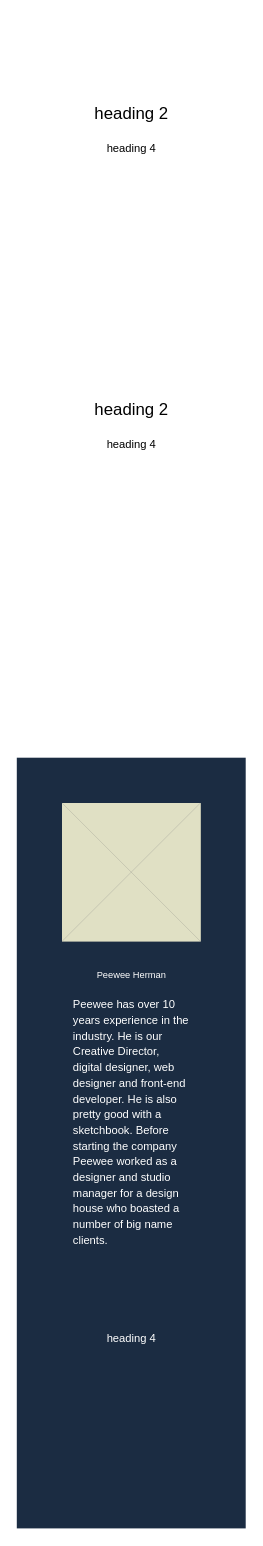
Repository: MonicaNguyenH/LAB-02A-Project1
Page: index.html
The author's editor kept a copy of each file at every save. The page is drawn from the files as they stood at one save, then again after the next save.
The browser window is 375 px wide. The pictures show the part of the page from y = 1198 to 3438 px (the page is 3406 px tall before and 3438 px after), at 70% of full size.

Above is the page before, as saved 2024-02-06 18:26:56.

After the next save:
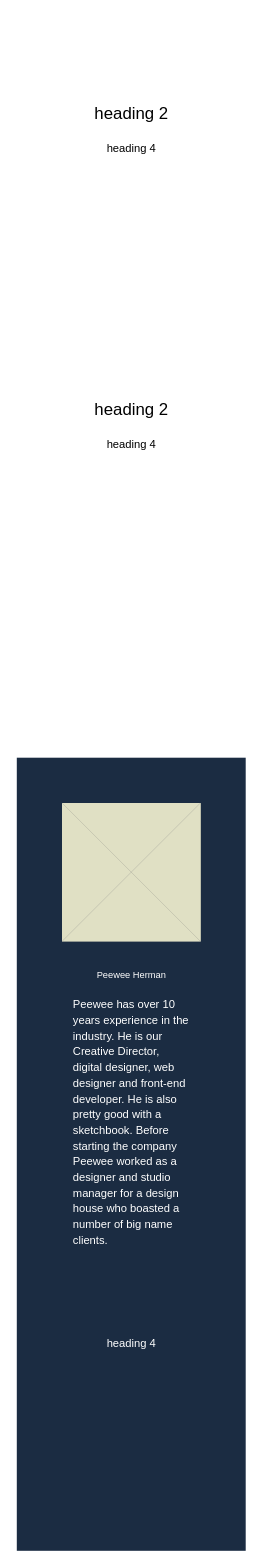
Saved 114 s later.
--- a/css/style.css
+++ b/css/style.css
@@ -85,6 +85,13 @@
 
 /* Small only */
 @media screen and (max-width: 39.9375em) {
+    .row {
+        max-width: 70rem;
+        column-gap: 1.5rem;
+        row-gap: 1.5rem;
+        margin: 0 auto;
+    }
+
     .s-col-1 {
         grid-template-columns: 1fr;
     }
